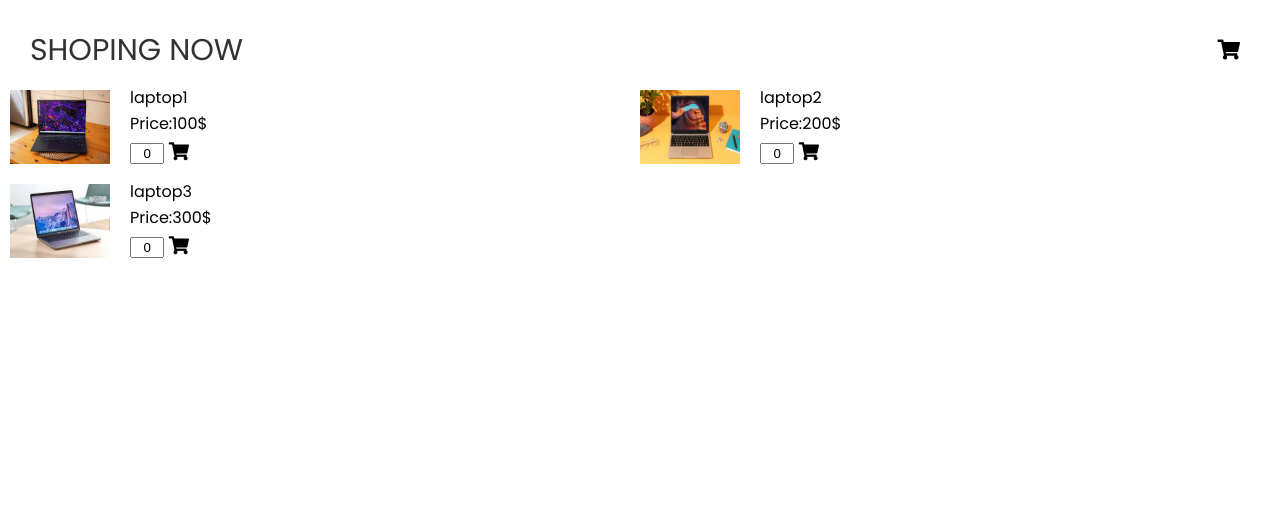
Repository: nttthao9/shopingcart
Page: index.html
An editor plug-in stored every save of this project. The page is shown before and after the next save, followed by the edit.
The browser window is 1280 px wide. The pictures show the whole page.
Some web libraries are served in a nearby version.

Above is the page before, as saved 2021-10-04 14:48:21.

After the next save:
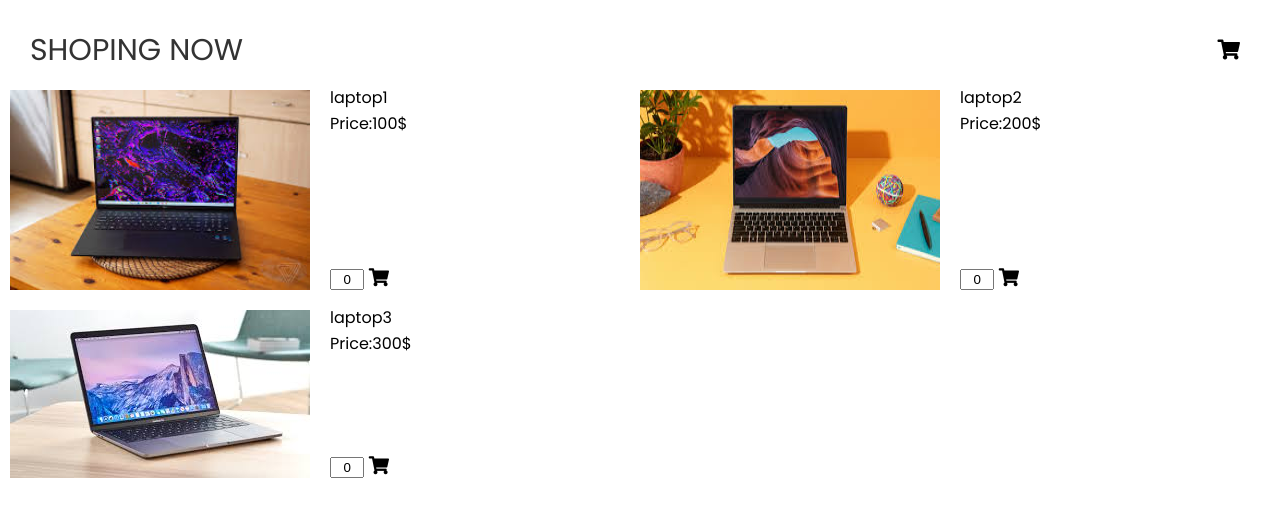
Saved 10 s later.
--- a/styles/style.css
+++ b/styles/style.css
@@ -77,5 +77,5 @@ body {
   margin-right: 2rem;
 }
 .product-image {
-  width: 10rem;
+  width: 30rem;
 }
